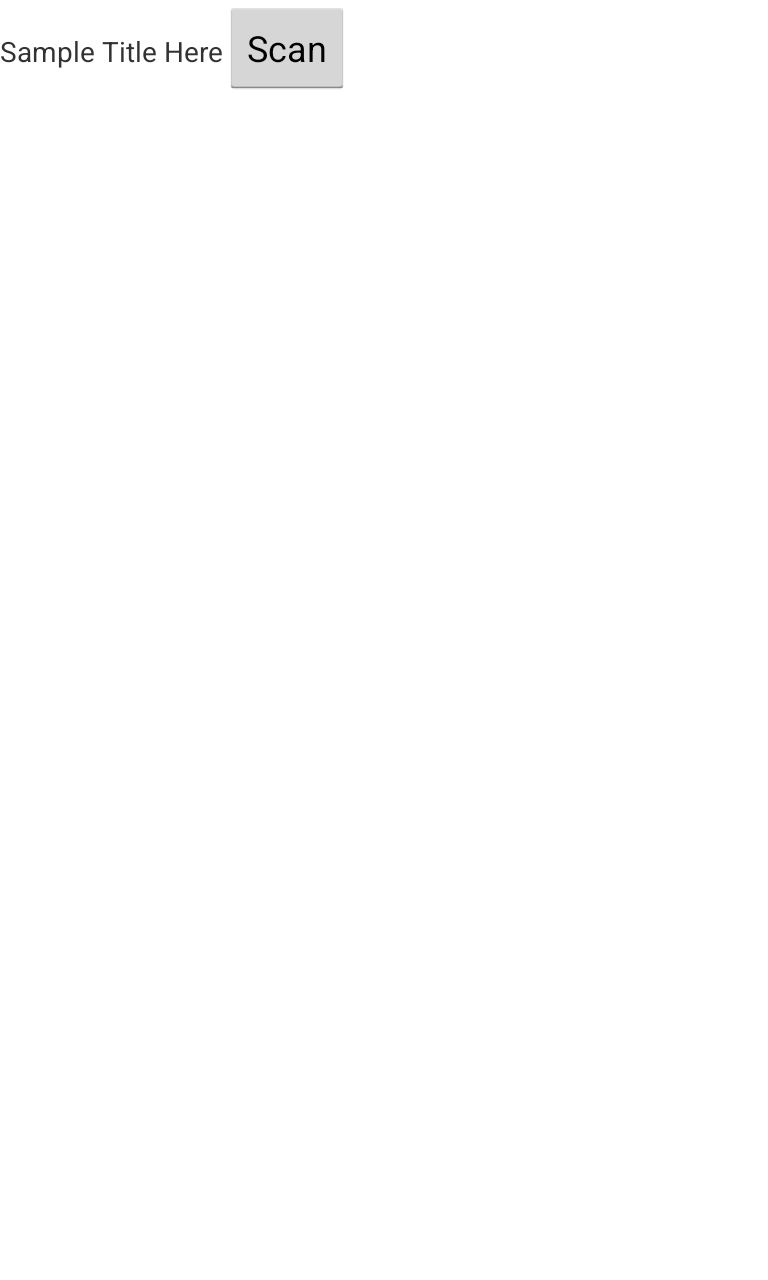
Repository: harvard-lil/wtwba-android-app
Layout: wtwba/res/layout/activity_item_details.xml
These files come from the project's save history. The layout is drawn as it stood at one moment and after the next save; the edit follows.
It is drawn on a 768 x 1280 px phone screen (xhdpi) without system bars, with theme AppTheme; the app's code is not run.

Above is the layout before, as saved 2013-03-11 19:17:11.

### wtwba/res/layout/activity_item_details.xml
<?xml version="1.0" encoding="utf-8"?>
<LinearLayout xmlns:android="http://schemas.android.com/apk/res/android"
    xmlns:tools="http://schemas.android.com/tools"
    android:layout_width="match_parent"
    android:layout_height="match_parent"
    android:orientation="horizontal">

    <TextView
        android:id="@+id/title_details"
        android:layout_width="wrap_content"
        android:layout_height="wrap_content"
        android:text="@string/title_holder"
         />
    <Button
        android:layout_width="wrap_content"
        android:layout_height="wrap_content"
        android:text="@string/button_scan"
    	android:onClick="addItem" />
</LinearLayout>

### wtwba/res/values/strings.xml
<?xml version="1.0" encoding="utf-8"?>
<resources>

    <string name="app_name">wtwba</string>
    <string name="main_activity_title">Wild Books | Home</string>
    <string name="activity_item_details_title">Wild Books | New Item Details</string>
    <string name="activity_scan_title">Wild Books | Scan New Item</string>
    <string name="activity_manage_user_title">Wild Books | Manage User</string>
    <string name="activity_location_title">Select your current location</string>
    <string name="user_name_box_label">Enter your assigned user key</string>
    <string name="edit_message">Enter a message</string>
    <string name="button_scan">Scan</string>
    <string name="button_add">Add to list</string>
    <string name="button_save_user_name">Save user key</string>
    <string name="menu_settings">Settings</string>
    <string name="title_activity_main">MainActivity</string>
    <string name="hello_world">Hello world!</string>
    <string name="title_holder">Sample Title Here</string>
    <string name="connection_error">Unable to connect to network</string>
    <string name="title_activity_display_message">DisplayMessageActivity</string>
    <string name="empty_list">You haven\'t added any items.</string>

</resources>

Loaded but not shown: wtwba/res/values-v11/styles.xml (common file); wtwba/res/values-v14/styles.xml (common file); wtwba/res/values/styles.xml (common file)

After the next save:
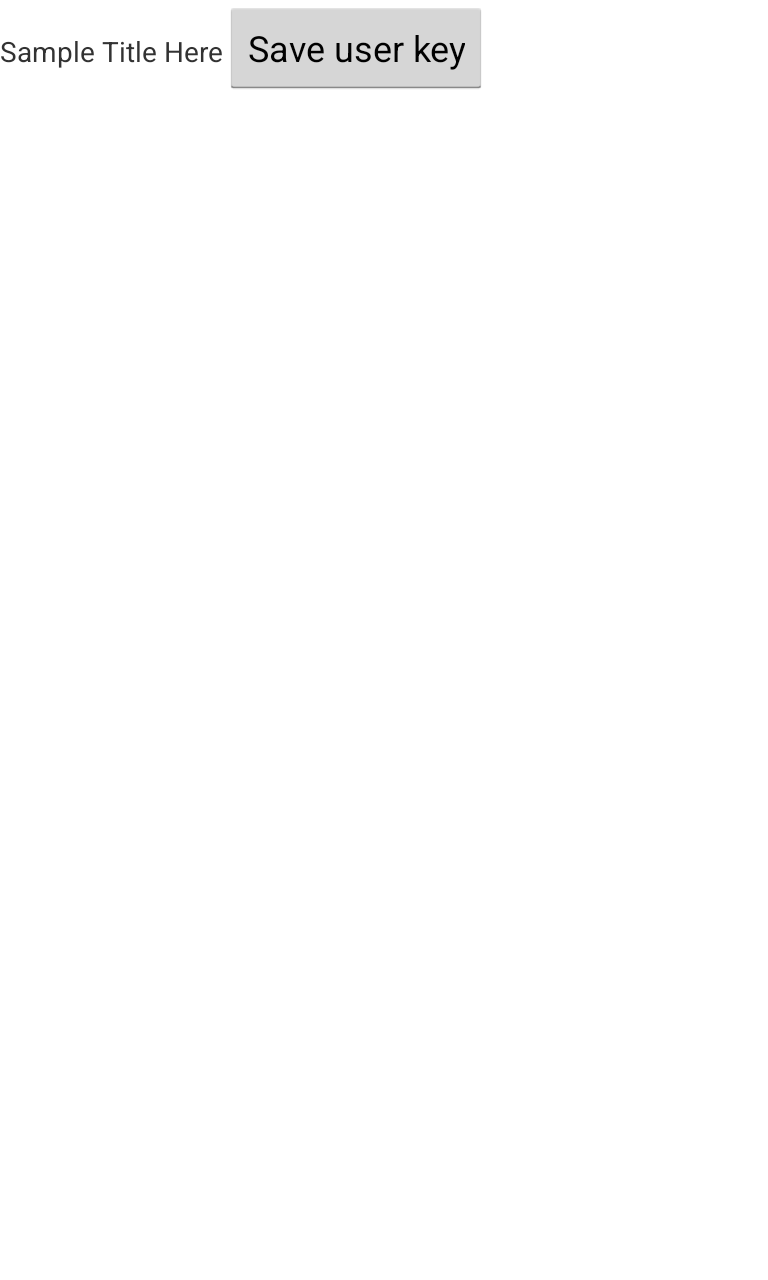
Saved 66 min 21 s later.
--- a/wtwba/res/layout/activity_item_details.xml
+++ b/wtwba/res/layout/activity_item_details.xml
@@ -15,5 +15,6 @@
         android:layout_width="wrap_content"
         android:layout_height="wrap_content"
         android:text="@string/button_scan"
+        android:text="@string/button_save_user_name"
     	android:onClick="addItem" />
 </LinearLayout>
